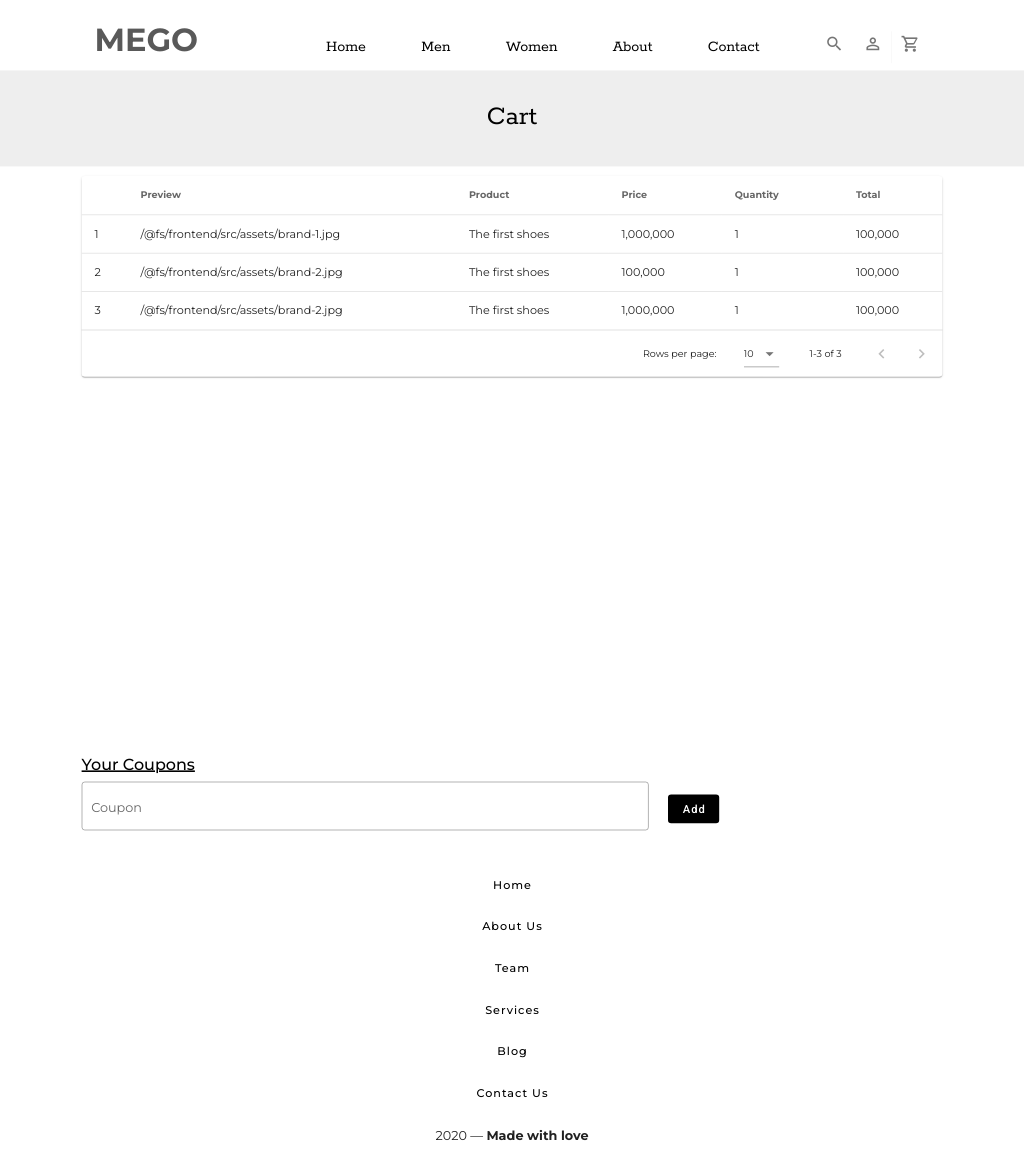
Repository: nguyenphuong152/shoesstore
Page: /cart (app in frontend/)
The author's editor kept a copy of each file at every save. The page is drawn from the files as they stood at one save, then again after the next save.
The browser window is 1280 px wide. The pictures show the whole page, at 80% of full size.
The project was rebuilt for these pictures with package versions that can differ from the ones it lists, and the page was loaded fresh each time. Also part of the build but not shown: frontend/vue.config.js, frontend/src/components/Customer/Collection.vue, frontend/src/components/Customer/Banner.vue, frontend/src/components/Customer/BestSeller.vue, frontend/src/components/Customer/Partner.vue, frontend/src/views/Customer/Home.vue, frontend/src/components/Customer/ProductCategory.vue, frontend/src/components/Customer/ProductView.vue and 10 more. Imported but missing from the stored project, and not drawn on this page: frontend/src/views/Admin/Category.vue, frontend/src/views/Admin/ManageProduct.vue, frontend/src/views/Admin/ManageUser.vue, frontend/src/views/Admin/OrderList.vue.

Above is the page before, as saved 2020-11-28 10:14:15.

### frontend/public/index.html
<!DOCTYPE html>
<html lang="en">
  <head>
    <meta charset="utf-8">
    <head>
      <title>MEGO</title>
    </head>
    <meta http-equiv="X-UA-Compatible" content="IE=edge">
    <meta name="viewport" content="width=device-width,initial-scale=1.0">
    <link rel="icon" href="<%= BASE_URL %>favicon.ico">
    <title><%= htmlWebpackPlugin.options.title %></title>
    <link href="https://fonts.googleapis.com/css?family=Montserrat:300,400,500,600,700" rel="stylesheet">
    <link href="https://fonts.googleapis.com/css?family=Rokkitt:100,300,400,700" rel="stylesheet">
    <link rel="stylesheet" href="https://fonts.googleapis.com/css?family=Roboto:100,300,400,500,700,900">
    <link rel="stylesheet" href="https://cdn.jsdelivr.net/npm/@mdi/font@latest/css/materialdesignicons.min.css">
  </head>
  <body>
    <noscript>
      <strong>We're sorry but <%= htmlWebpackPlugin.options.title %> doesn't work properly without JavaScript enabled. Please enable it to continue.</strong>
    </noscript>
    <div id="app"></div>
    <!-- built files will be auto injected -->
  </body>
</html>

### frontend/src/main.js
import Vue from 'vue'
import App from './App.vue'
import vuetify from './plugins/vuetify';
import router from './router'
import '../sass/style.scss'
import 'bootstrap/dist/css/bootstrap.css'
import 'bootstrap-vue/dist/bootstrap-vue.css'
import { BootstrapVue, IconsPlugin } from 'bootstrap-vue'

Vue.use(BootstrapVue)
// Optionally install the BootstrapVue icon components plugin
Vue.use(IconsPlugin)
Vue.config.productionTip = false

new Vue({
  vuetify,
  router,
  render: h => h(App)
}).$mount('#app')

### frontend/src/App.vue
<template>
  <v-app app>
    <v-container v-if="!['Admin', 'Banner', 'Category','Product','ManageUser','OrderList','Dashboard'].includes($route.name)">
      <Toolbar />
    </v-container>
    <v-main>
      <router-view></router-view>
    </v-main>
      <Footer v-if="!['Admin', 'Banner', 'Category','Product','ManageUser','OrderList','Dashboard'].includes($route.name)"/>
  </v-app>

</template>

<script>

import Footer from "./components/Customer/Footer";
import Toolbar from "./components/Customer/Toolbar";

export default {
  name: "App",

  components: {
    Toolbar,
    Footer
  },

  data: () => ({
    //
  }),
};
</script>

### frontend/src/plugins/vuetify.js
import Vue from 'vue';
import Vuetify from 'vuetify/lib';


Vue.use(Vuetify);

const vuetify = new Vuetify({
    theme: {
      themes: {
        light: {
          primary: '#000',
          secondary: '#b0bec5',
          accent: '#8c9eff',
          error: '#b71c1c',
        },
      },
    },
  })

export default new Vuetify({
    vuetify,
});

### frontend/src/router/index.js
import Vue from "vue";
import VueRouter from "vue-router";
import Home from "../views/Customer/Home.vue";
import Men from "../views/Customer/Men.vue";
import Women from "../views/Customer/Women.vue";
import Admin from "../views/Admin/Admin.vue";
import Product from "../views/Admin/ManageProduct.vue";
import Banner from "../views/Admin/Banner.vue";
import Category from "../views/Admin/Category.vue";
import ManageUser from "../views/Admin/ManageUser.vue";
import OrderList from "../views/Admin/OrderList.vue";
import Dashboard from "../views/Admin/Dashboard.vue"
//import ProductDetail from "../views/ProductDetail.vue"

Vue.use(VueRouter);

const routes = [
  {
    path: "/",
    name: "Home",
    component: Home,
  },
  {
    path: "/men",
    name: "Men",
    component: Men,
  },
  {
    path: "/women",
    name: "Women",
    component: Women,
  },
  {
    path: "/about",
    name: "About",
    // route level code-splitting
    // this generates a separate chunk (about.[hash].js) for this route
    // which is lazy-loaded when the route is visited.
    component: () =>
      import(/* webpackChunkName: "about" */ "../views/Customer/About.vue"),
  },
  {
    path: "/contact",
    name: "Contact",
    component: () =>
      import(/* webpackChunkName: "about" */ "../views/Customer/Contact.vue"),
  },
  {
    path: "/cart",
    name: "Cart",
    component: () =>
      import(/* webpackChunkName: "about" */ "../views/Customer/Cart.vue"),
  },
  {
    path: "/account",
    name: "Account",
    component: () =>
      import(/* webpackChunkName: "about" */ "../views/Customer/Account.vue"),
  },
  {
    path: "/userlogin",
    name: "UserLogin",
    component: () =>
      import(/* webpackChunkName: "about" */ "../views/Customer/UserLogin.vue"),
  },
  {
    path: "/checkout",
    name: "Checkout",
    component: () =>
      import(/* webpackChunkName: "about" */ "../views/Customer/Checkout.vue"),
  },
  {
    path: "/product/:id",
    name: "ProductDetail",
    component: () =>
      import(/* webpackChunkName: "about" */ "../views/Customer/ProductDetail.vue"),
  },
  {
    path: "/admin",
    name: "Admin",
    component: Admin,
    children: [
      {
        path: "/banner",
        name: "Banner",
        component: Banner,
      },
      {
        path: "/category",
        name: "Category",
        component: Category,
      },
      {
        path: "/product",
        name: "Product",
        component: Product,
      },
      {
        path: "/manageuser",
        name: "ManageUser",
        component: ManageUser,
      },
      {
        path: "/orderlist",
        name: "OrderList",
        component: OrderList,
      },
      {
        path: "/dashboard",
        name: "Dashboard",
        component: Dashboard,
      },
    ],
  },
];

const router = new VueRouter({
  mode: "history",
  base: process.env.BASE_URL,
  routes,
});

export default router;

### frontend/sass/style.scss

$font-primary: 'Montserrat',
Arial,
sans-serif;
$font-secondary: 'Rokkitt',
Georgia,
serif;


@import '~vuetify/src/styles/styles.sass';

// Overrides
$grid-gutter-width: 20px !default;
$border-radius-base: 4px !default;
$padding-base-vertical: 14px !default;

$brand-primary: #616161 !default;
$brand-secondary: #88c8bc !default;
$brand-yellow: #FFDD00 !default;
$brand-footer-color: #2C2E3E;

$brand-white: #fff;
$brand-black: #000;
$brand-darker: #444;
$brand-gray: #ccc;
$brand-lighter: #e9e9e9;
$brand-body-color: #e8e8e8;
$brand-selection-color: #f9f6f0;
$brand-overlay-color: #4c4a8a;
$brand-bg-color: $brand-white;

.v-btn {
  text-transform:none !important;
}
// .v-text-field{
//   width: 50px;
//   height: 10px;
// }

#app {
  -webkit-font-smoothing: antialiased;
  -moz-osx-font-smoothing: grayscale;

  text-align: center;
  .container {
    max-width: 1100px;
  }
  font: 300
}

.nav {
  padding-left: 0px;
  a {
    font-size: 20px;
    color: lighten($brand-black,35%);
    font-family: $font-secondary;
    text-decoration: none;
    font-weight: 500;
    &.router-link-exact-active {
      color: #42b983;
    }

  }
}

#logo {
  font-size: 40px;
  font-weight: 700;
  font-family: $font-primary;
  color: lighten($brand-black, 35%);
}


.slogan {
  font-size: 50px;
  color: #2c3e50;
  font-family: $font-secondary;
  text-decoration: none;
}

.title-collection{
  @extend .slogan;
  font-size: 25px;
}


.slogan-3 {
  @extend .slogan;
  font-size: 35px;
}

.title-shoes {
  @extend .slogan;
  font-size: 20px;
}


.footer-text {
  font-family:$font-primary;
  font-size: 16px;
}

.admin {
  font-family: $font-primary;
  font-size:16px;
}

.admin-nav {
  font-family: $font-primary !important;
  font-size: 20px !important;
  color: white !important;
}

### frontend/src/components/Customer/Footer.vue
<template>
  <v-footer class="white" padless>
    <v-row justify="center" no-gutters>
      <v-btn
        v-for="link in links"
        :key="link"
        color="black"
        text
        rounded
        class="my-2 footer-text"
      >
        {{ link }}
      </v-btn>
      <v-col class="white py-4 text-center fluid footer-text" cols="12">
        {{ new Date().getFullYear() }} — <strong>Made with love</strong>
      </v-col>
    </v-row>
  </v-footer>
</template>

<script>
export default {
  data: () => ({
    links: ["Home", "About Us", "Team", "Services", "Blog", "Contact Us"],
  }),
};
</script>

<style></style>

### frontend/src/components/Customer/Toolbar.vue
<template>
  <v-toolbar flat>
    <v-row class="d-flex align-baseline">
      <v-col cols="3" class="d-flex justify-lg-start">
        <v-toolbar-title id="logo">MEGO</v-toolbar-title>
      </v-col>
      <v-col class="d-flex justify-space-around text-start nav">
        <router-link to="/">Home</router-link>
        <router-link to="/men">Men</router-link>
        <router-link to="/women">Women</router-link>
        <router-link to="/about">About</router-link>
        <router-link to="/contact">Contact</router-link>
      </v-col>
      <v-col cols="2" class="d-flex justify-end">
        <v-btn icon>
          <v-icon>mdi-magnify</v-icon>
        </v-btn>
        <v-menu
          open-on-hover
          top
          offset-y
          :position-x="960"
          :position-y="230"
          absolute
        >
          <template v-slot:activator="{ on, attrs }">
            <v-btn icon v-bind="attrs" v-on="on">
              <v-icon>mdi-account-outline</v-icon>
            </v-btn>
          </template>

          <v-list class="text-start nav">
            <v-list-item v-for="(item, index) in routes" :key="index" :to="item.path">
              <v-list-item-title>{{ item.name }}</v-list-item-title>
            </v-list-item>
          </v-list>
        </v-menu>
        <v-divider vertical inset></v-divider>
        <v-btn icon @click="goToCart">
          <v-icon>mdi-cart-outline</v-icon>
        </v-btn>
      </v-col>
    </v-row>
  </v-toolbar>
</template>

<script>
export default {
  data: () => ({
    routes: [
      {
        path:"/checkout",
        name:"Check Out"
       },
       {
        path:"/account",
        name:"My Account"
       },
       {
        path:"/userlogin",
        name:"User Login"
       },

    ],
  }),
  methods: {
     goToCart: function() {
     this.$router.push({name: 'Cart'})
     }
  }
};
</script>

<style></style>

### frontend/src/views/Customer/Cart.vue
<template>
  <div class="cart app">
    <v-sheet color="grey lighten-3" height="120">
      <v-container py-8>
        <a class="slogan-3">Cart</a>
      </v-container>
    </v-sheet>
    <div>
      <v-container>
        <totalProducts />
        <addCoupons/>
      </v-container>
    </div>
  </div>
</template>

<script>
import totalProducts from "../../components/Customer/TotalProducts";
import addCoupons from "../../components/Customer/AddCoupon";

export default {
  components: { totalProducts, addCoupons },
  data() {},
};
</script>

### frontend/src/components/Customer/TotalProducts.vue
<template>
  <div id="app">
    <v-app id="inspire">
      <v-data-table :headers="headers" :items="products" class="elevation-1 admin">
        <template v-slot:item.preview>
          <v-img
            lazy-src="item.path"
            max-height="100"
            max-width="100"
            src="'item.path'"
          ></v-img>
        </template>
      </v-data-table>
    </v-app>
  </div>
</template>

<script>
export default {
  data() {
    return {
      headers: [
        {
          text: "",
          align: "start",
          sortable: false,
          value: "id",
        },
        { text: "Preview", value: "path" },
        { text: "Product", value: "name" },
        { text: "Price", value: "price" },
        { text: "Quantity", value: "quantity" },
        { text: "Total", value: "total" },
      ],
      products: [
        {
          id: 1,
          path: require('../../assets/brand-1.jpg'),
          name: "The first shoes",
          price: Intl.NumberFormat('en-EN', { maximumSignificantDigits: 3 }).format(1000000),
          quantity: 1,
          total: Intl.NumberFormat('en-EN', { maximumSignificantDigits: 3 }).format(100000),
        },
        {
          id: 2,
          path: require('../../assets/brand-2.jpg'),
          name: "The first shoes",
          price:Intl.NumberFormat('en-EN', { maximumSignificantDigits: 3 }).format(100000),
          quantity: 1,
          total: Intl.NumberFormat('en-EN', { maximumSignificantDigits: 3 }).format(100000)
        },
        {
         id: 3,
          path: require('../../assets/brand-2.jpg'),
          name: "The first shoes",
          price: Intl.NumberFormat('en-EN', { maximumSignificantDigits: 3 }).format(1000000),
          quantity: 1,
          total:Intl.NumberFormat('en-EN', { maximumSignificantDigits: 3 }).format(100000),
        },
      ],
    };
  },
};
</script>

<style></style>

### frontend/src/components/Customer/AddCoupon.vue
<template>
  <div class="app text-start pt-0">
      <a class="admin-nav font-weight-medium black--text">Your Coupons</a>
      <v-row class="d-flex align-baseline">
           <v-col
          cols="8"
        >
          <v-text-field
          class="admin"
            label="Coupon"
            outlined
          ></v-text-field>
        </v-col>
         <v-col
        >
           <v-btn
      depressed
      color="primary"
    >
      Add
    </v-btn>
        </v-col>
      </v-row>
  </div>
</template>

<script>
export default {

}
</script>

<style>

</style>

After the next save:
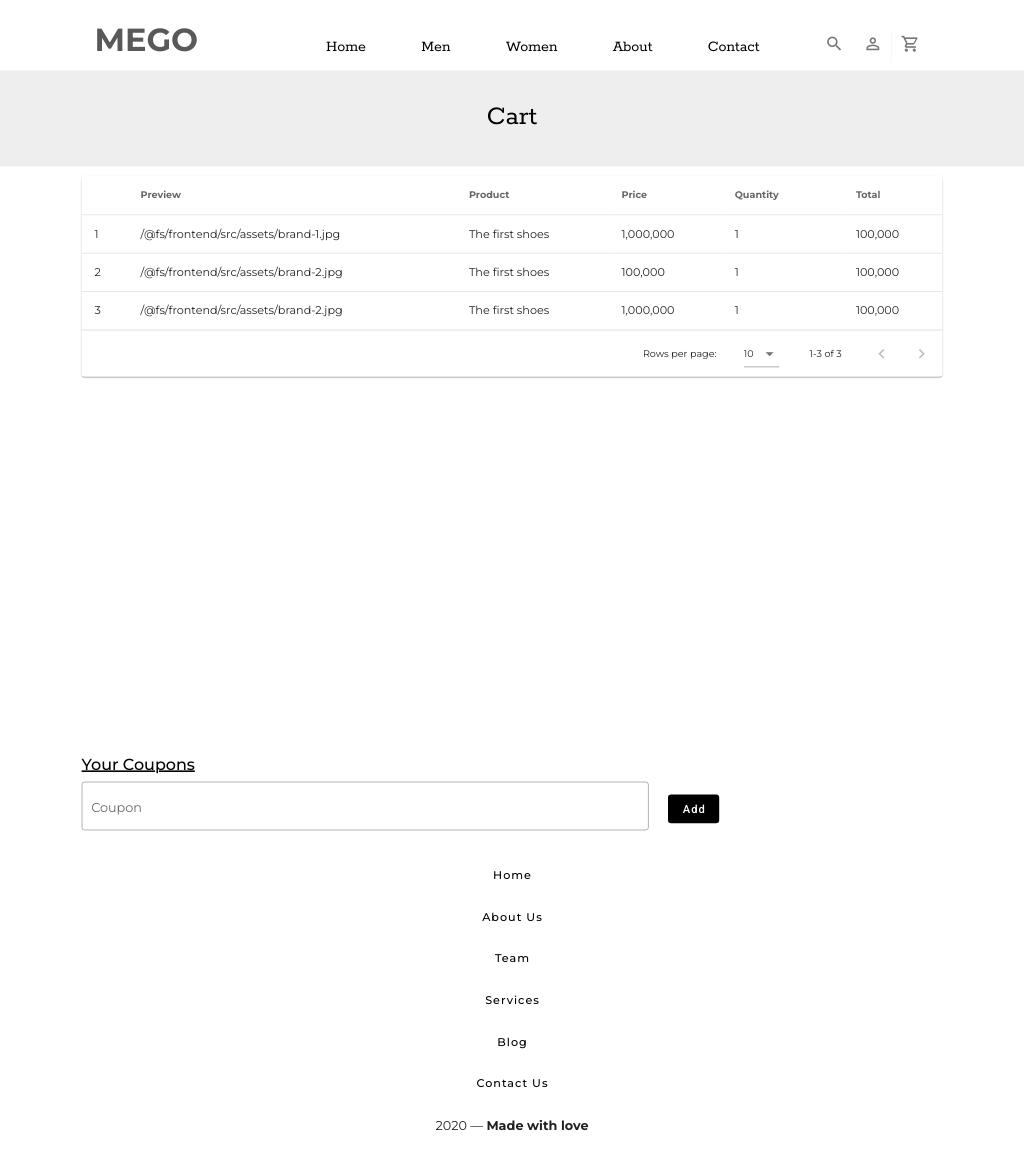
Saved 30 s later.
--- a/frontend/src/views/Customer/Cart.vue
+++ b/frontend/src/views/Customer/Cart.vue
@@ -7,8 +7,12 @@
     </v-sheet>
     <div>
       <v-container>
-        <totalProducts />
-        <addCoupons/>
+        <v-row>
+          <totalProducts />
+        </v-row>
+        <v-row>
+          <addCoupons />
+        </v-row>
       </v-container>
     </div>
   </div>
